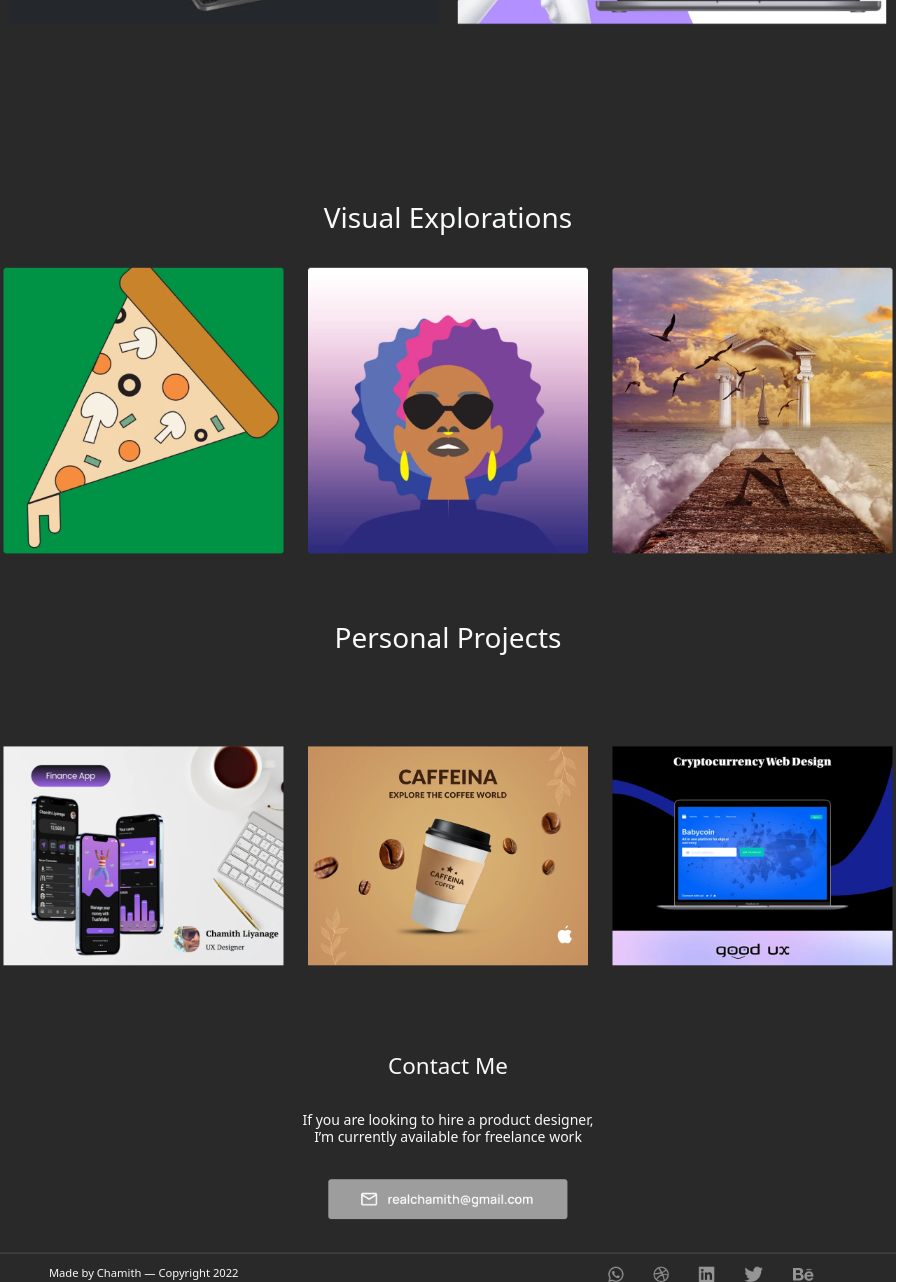
Repository: Realchamithweb/chamith-html
Page: index.html
The author's editor kept a copy of each file at every save. The page is drawn from the files as they stood at one save, then again after the next save.
The browser window is 1280 px wide. The page is 1292 px wide, so the pictures cover 1292 px, including what lies to the right of the window. The pictures show the part of the page from y = 2281 to 4161 px (the page is 4113 px tall before and 4161 px after), at 70% of full size.

Above is the page before, as saved 2023-01-04 12:03:20.

### index.html
<!doctype html>
<html lang="en">
  <head>
    <!-- Required meta tags -->
    <meta charset="utf-8">
    <meta name="viewport" content="width=device-width, initial-scale=1">
    <link rel="stylesheet" href="/css/style.css">
    <!-- Bootstrap CSS -->
    <link href="https://cdn.jsdelivr.net/npm/bootstrap@5.0.2/dist/css/bootstrap.min.css" rel="stylesheet" integrity="sha384-EVSTQN3/azprG1Anm3QDgpJLIm9Nao0Yz1ztcQTwFspd3yD65VohhpuuCOmLASjC" crossorigin="anonymous">

    <title>Hello, world!</title>
  </head>
  <body>
    <div class="main">
            <div class="head">
                <nav class="navbar navbar-expand-lg navbar-light bg-dark">
                    <div class="container-fluid">
                        <div class="col-md-1"></div>
                    <a class="navbar-brand col-md-8 text-light" href="#">Navbar</a>
                    <button class="navbar-toggler" type="button" data-bs-toggle="collapse" data-bs-target="#navbarNavDropdown" aria-controls="navbarNavDropdown" aria-expanded="false" aria-label="Toggle navigation">
                        <span class="navbar-toggler-icon"></span>
                    </button>
                    <div class="collapse navbar-collapse" id="navbarNavDropdown">
                        <ul class="navbar-nav">
                        <li class="nav-item">
                            <a class="nav-link active text-light" aria-current="page" href="#">Home</a>
                        </li>
                        <li class="nav-item">
                            <a class="nav-link text-light" href="/about-more.html">About More</a>
                        </li>
                        <li class="nav-item">
                            <a class="nav-link text-light" href="/contact.html">Contact</a>
                        </li>
                        </ul>
                    </div>
                    </div>
                </nav>
            </div>

            <section>
            <div class="hero">
                <div class="container-fluid">
                    <div class="row">
                        <div class="col-lg-6">
                            <p class="hero-title text-light">Hi, I am Chamith<br>
                                A Product Designer<br>
                                based in London.
                            </p>
                            <p class="hero-text text-light">
                                I help businesses and companies reach <br>
                                their goals by designing user-centric digital <br>
                                products & interactive experiences.
                            </p>
                            <img src="/inc/Btn.png" class="img02">
                        </div>
                        <div class="col-lg-6 d-flex justify-content-center mb-5 mt-5">
                            <img src="/inc/unsplash_XHVpWcr5grQ.png"" class="img01">
                        </div>
                    </div>
                </div>
            </div>
            </section>
            <section>
            <div class="Featured-Work">
                <div class="container-fluid">
                    <div class="row mt-5">
                        <div class="col-lg-1  mb-5"></div>
                        <div class="col-lg-10  mb-5 mt-5">
                            <img src="/inc/Featured.png" class="img00">
                        </div>
                        <div class="col-lg-6 d-flex justify-content-center">
                            <img src="/inc/unsplash_mxPiMiz7KCo.png" class="img01">

                        </div>
                        <div class="col-lg-6 d-flex justify-content-center">
                            <img src="/inc/unsplash_g-pKprPg5yw.png" class="img02">
                        </div>
                    </div>
                </div>
                <div class="container-fluid">
                    <div class="row">
                        <div class="col-lg-6 d-flex justify-content-center">
                            <img src="/inc/unsplash_pqzRfBhd9r0.png" class="img01">
                        </div>
                        <div class="col-lg-6 d-flex justify-content-center">
                            <img src="/inc/unsplash_x-HpilsdKEk.png" class="img01">
                        </div>
                    </div>
                </div>
            </div>
            </section>
            <section>
                <div class="Visual-Explorations mb-5">
                    <div class="container-fluild">
                        <div class="row">
                            <div class="col-lg-12 d-flex justify-content-center text-light h1 mt-5 mb-5">Visual Explorations</div>
                            <div class="col-lg-4 d-flex justify-content-center">
                                <img src="/inc/unsplash_fd6K_OFlnRA.png" class="img01">
                            </div>
                            <div class="col-lg-4 d-flex justify-content-center">
                                <img src="/inc/unsplash_Glel-RswQqM.png" class="img01">
                            </div>
                            <div class="col-lg-4 d-flex justify-content-center">
                                <img src="/inc/unsplash_pPTw_RTkvXQ.png" class="img01">
                            </div>
                        </div>
                    </div>
                </div>
            </section>
            <section>
                <div class="Personal-Projects">
                    <div class="container-fluild">
                        <div class="row">
                            <div class="col-lg-12 d-flex justify-content-center text-light h1 mt-5">Personal Projects</div>
                            <div class="col-lg-4 d-flex justify-content-center">
                                <img src="/inc/Rectangle 4.png" class="img01">
                            </div>
                            <div class="col-lg-4 d-flex justify-content-center">
                                <img src="/inc/Rectangle 4-1.png" class="img01">
                            </div>
                            <div class="col-lg-4 d-flex justify-content-center">
                                <img src="/inc/Rectangle 4-2.png" class="img01">
                            </div>
                        </div>
                    </div>
                </div>
            </section>
            <section>
                <div class="contact-me">
                    <div class="container-fluild">
                        <div class="row">
                                <h2 class="text-light d-flex justify-content-center mb-5">Contact Me</h2>
                                <p class="text-light d-flex text-center justify-content-center h5 mb-5">If you are looking to hire a product designer,<br>
                                    I’m currently available for freelance work</p>
                                <div class="col-lg-12 d-flex justify-content-center mb-5">
                                    <img src="/inc/Btn.png" class="img02">
                                </div>
                        </div>
                    </div>
                </div>
            </section>
            <section>
                <div class="footer">
                    <div class="container-fluild">
                        <div class="row">
                            <hr class="text-light">
                            <div class="col-lg-4 text-center text-light">Made by Chamith — Copyright 2022</div>
                            <div class="col-lg-4"></div>
                            <div class="col-lg-4"><img src="/inc/Icons.png" class="img02"></div>
                        </div>
                    </div>
                </div>
            </section>

    </div>




    <!-- Optional JavaScript; choose one of the two! -->

    <!-- Option 1: Bootstrap Bundle with Popper -->
    <script src="https://cdn.jsdelivr.net/npm/bootstrap@5.0.2/dist/js/bootstrap.bundle.min.js" integrity="sha384-MrcW6ZMFYlzcLA8Nl+NtUVF0sA7MsXsP1UyJoMp4YLEuNSfAP+JcXn/tWtIaxVXM" crossorigin="anonymous"></script>

    <!-- Option 2: Separate Popper and Bootstrap JS -->
    <!--
    <script src="https://cdn.jsdelivr.net/npm/@popperjs/core@2.9.2/dist/umd/popper.min.js" integrity="sha384-IQsoLXl5PILFhosVNubq5LC7Qb9DXgDA9i+tQ8Zj3iwWAwPtgFTxbJ8NT4GN1R8p" crossorigin="anonymous"></script>
    <script src="https://cdn.jsdelivr.net/npm/bootstrap@5.0.2/dist/js/bootstrap.min.js" integrity="sha384-cVKIPhGWiC2Al4u+LWgxfKTRIcfu0JTxR+EQDz/bgldoEyl4H0zUF0QKbrJ0EcQF" crossorigin="anonymous"></script>
    -->
  </body>
</html>

### css/style.css
.main{
    background-color: #292929;
}

/*
.hero-title{
    position: absolute;
    width: 824px;
    height: 192px;
    left: 96px;
    top: 240px;

    font-family: 'Inter';
    font-style: normal;
    font-weight: 400;
    font-size: 54px;
    line-height: 64px;
    color: #000000;
}

.hero-text{
    position: absolute;
    width: 824px;
    height: 90px;
    left: 96px;
    top: 456px;

    font-family: 'Inter';
    font-style: normal;
    font-weight: 400;
    font-size: 20px;
    line-height: 30px;
    /* or 150% */
    /* color: #000000
}

.hero-btn{
    box-sizing: border-box;
    position: absolute;
    width: 341.57px;
    height: 57px;
    left: 96px;
    top: 634px;

    background: #FFFFFF;
    border: 1px solid #000000;
    border-radius: 4px;
}

.f-row{
    display: flex;
    flex-direction: row;
    justify-content: center;
    align-items: center;
    padding: 8px;
    gap: 32px;

    position: absolute;
    height: 48px;
    left: 96px;
    top: 836px;
}

.img00{
    display: flex;
    flex-direction: row;
    justify-content: center;
    align-items: center;
    padding: 8px;
    gap: 32px;

    position: absolute;
    width: 198px;
    height: 48px;
    left: 96px;
    top: 836px;

}

.img01{
    position: absolute;
    width: 612px;
    height: 888px;
    left: 96px;
    top: 964px;
    border-radius: 4px;
}

.img01:hover{
    background: linear-gradient(0deg, rgba(0, 0, 0, 0.6), rgba(0, 0, 0, 0.6)), url("/inc/Bookstore.png"), #292929;
}

.img02{
    position: absolute;
    width: 612px;
    height: 888px;
    left: 732px;
    top: 1102px;

    background: url(3ffea8135910975.Y3JvcCwxMDgwLDg0NCwwLDExNw.png), #292929;
    border-radius: 4px;
}  */

After the next save:
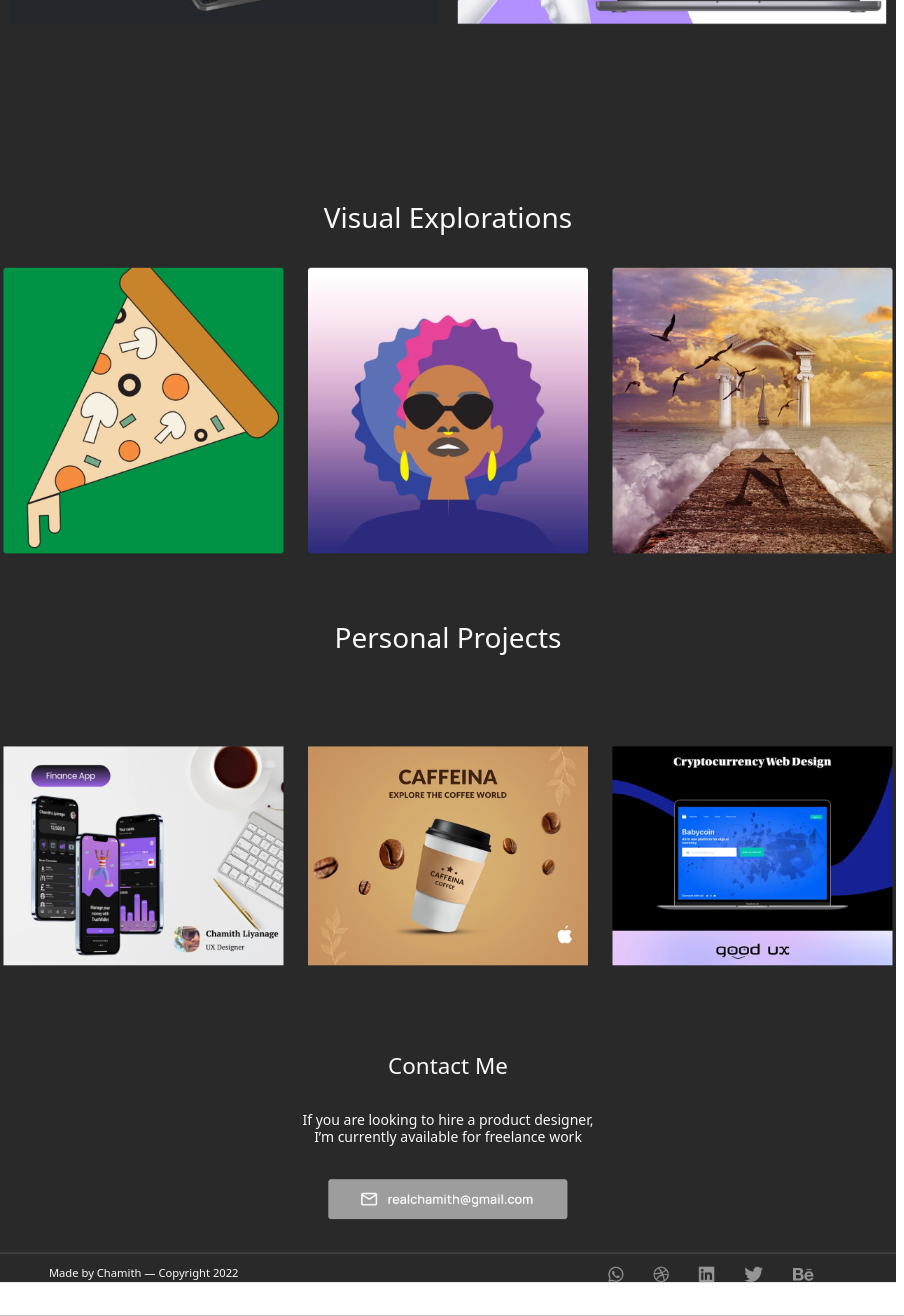
Saved 8 s later.
--- a/index.html
+++ b/index.html
@@ -142,7 +142,7 @@
             <section>
                 <div class="footer">
                     <div class="container-fluild">
-                        <div class="row">
+                        <div class="row mb-5">
                             <hr class="text-light">
                             <div class="col-lg-4 text-center text-light">Made by Chamith — Copyright 2022</div>
                             <div class="col-lg-4"></div>

After the save that followed:
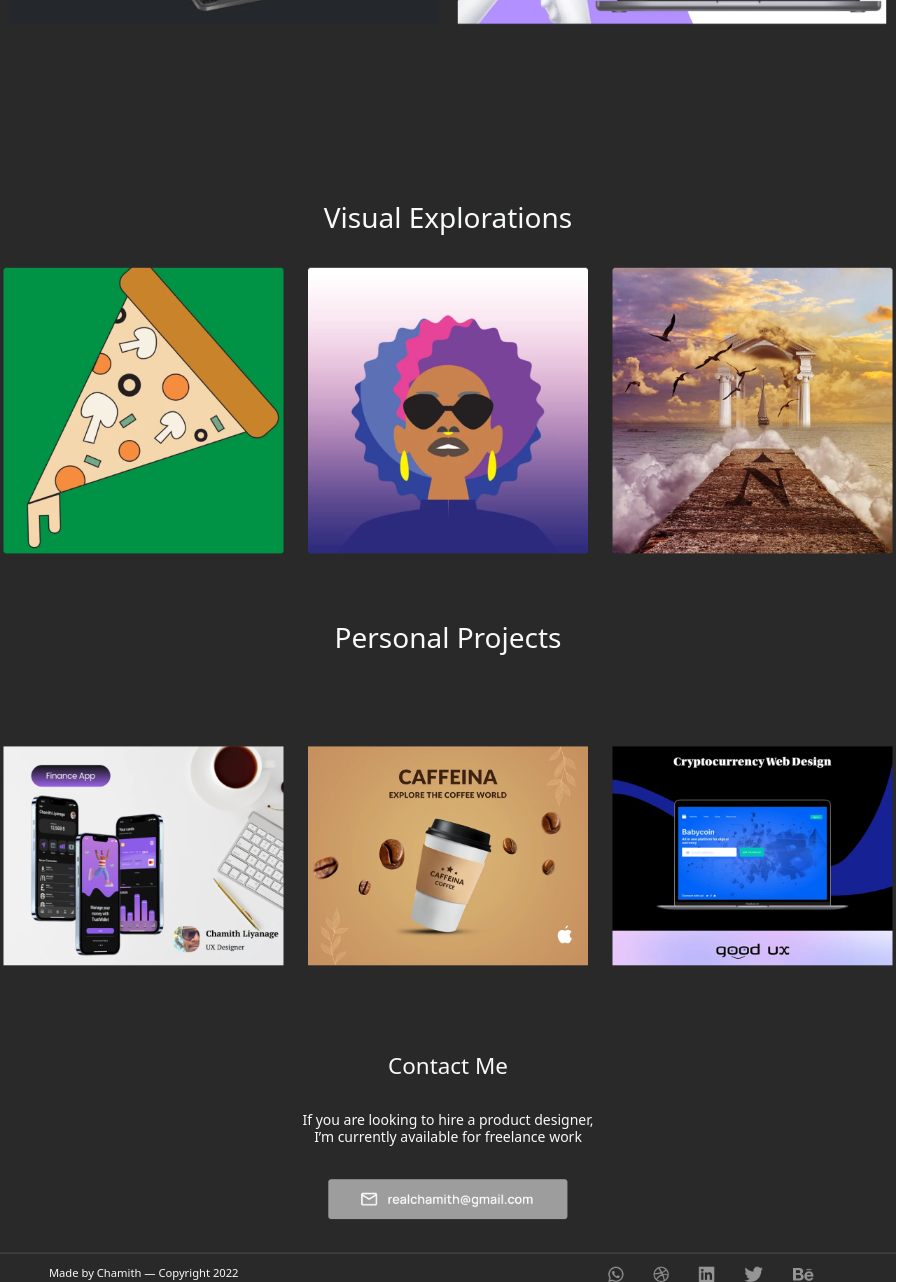
Saved 12 s later.
--- a/index.html
+++ b/index.html
@@ -142,7 +142,7 @@
             <section>
                 <div class="footer">
                     <div class="container-fluild">
-                        <div class="row mb-5">
+                        <div class="row ">
                             <hr class="text-light">
                             <div class="col-lg-4 text-center text-light">Made by Chamith — Copyright 2022</div>
                             <div class="col-lg-4"></div>
